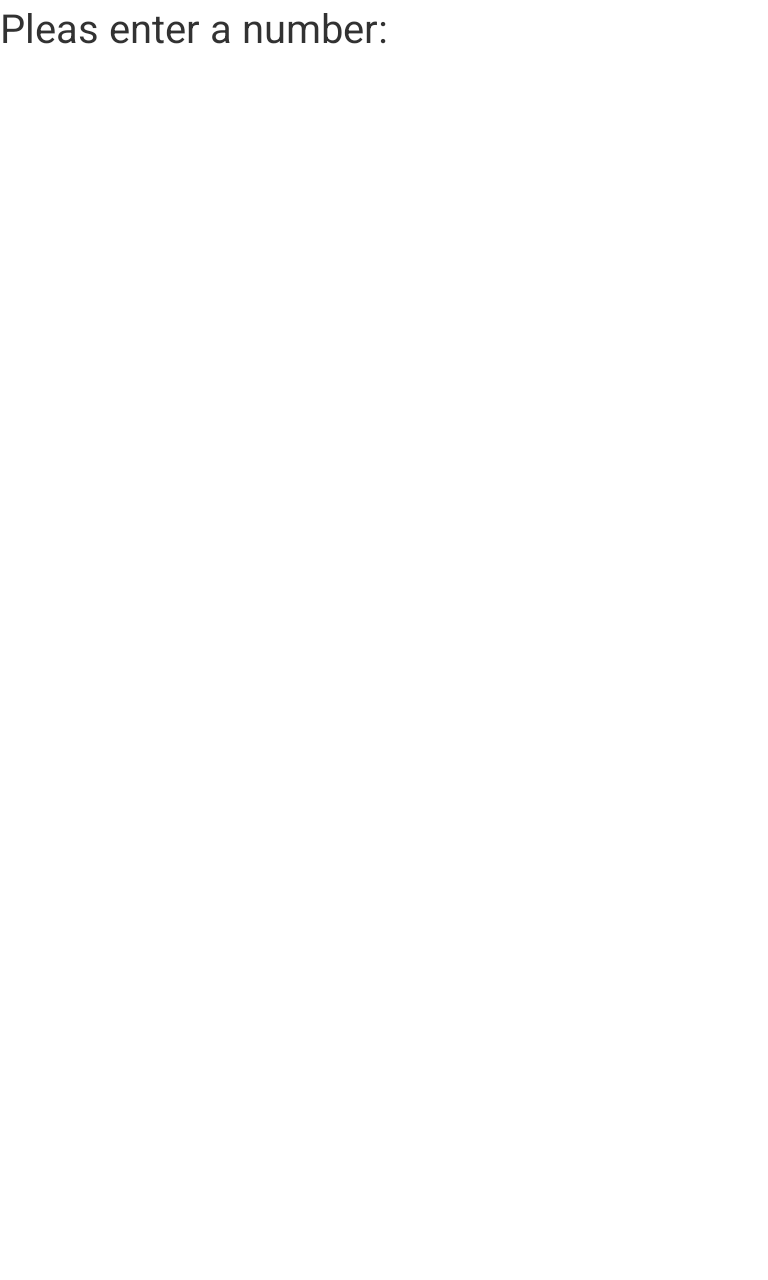
Repository: Liu-D-Henrry/Android
Layout: DemoHandler/res/layout/calculator.xml
The author's editor kept a copy of each file at every save. The layout is drawn from the files as they stood at one save, then again after the next save.
It is drawn on a 768 x 1280 px phone screen (xhdpi) without system bars, with theme AppTheme; the app's code is not run.

Above is the layout before, as saved 2013-08-28 04:03:39.

After the next save:
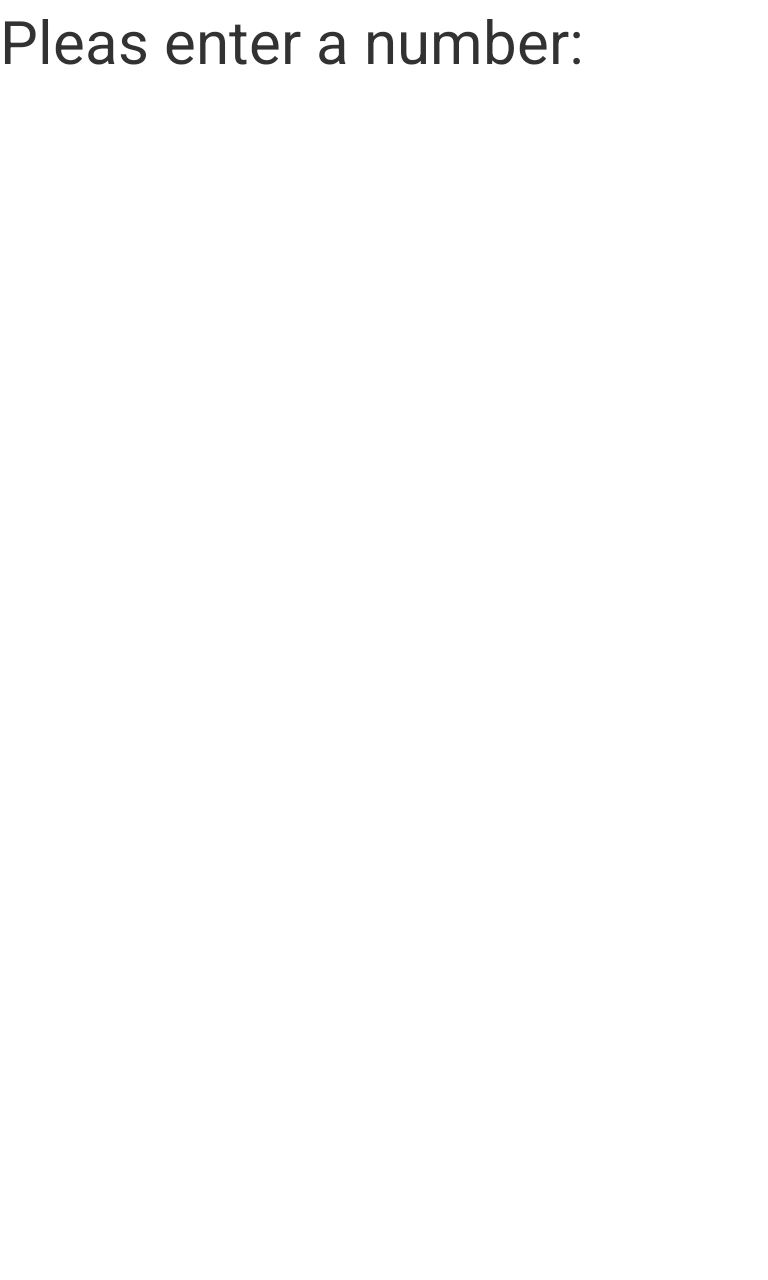
Saved 8 s later.
--- a/DemoHandler/res/layout/calculator.xml
+++ b/DemoHandler/res/layout/calculator.xml
@@ -7,7 +7,7 @@
     <TextView
         android:layout_width="match_parent"
         android:layout_height="match_parent"
-        android:textSize="20sp"
+        android:textSize="30sp"
         android:text="@string/introduce" />
 
 </LinearLayout>

After the save that followed:
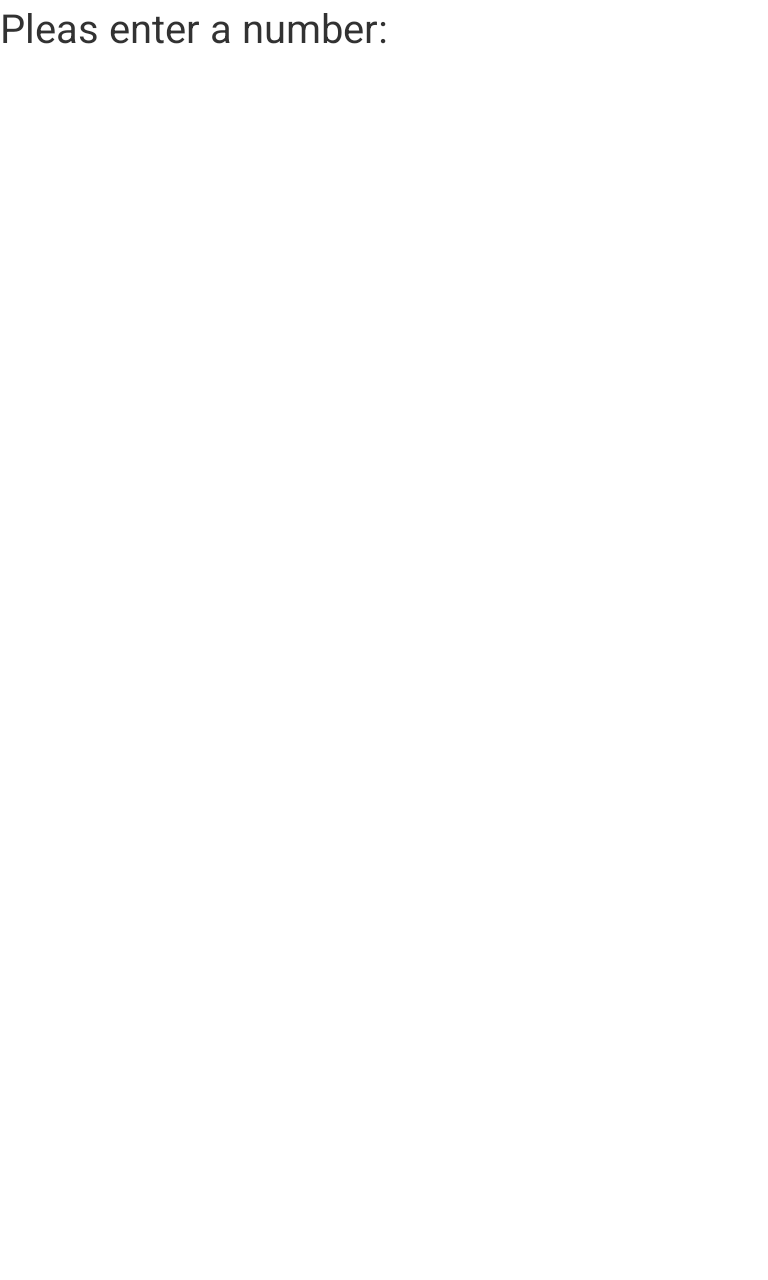
Saved 9 s later.
--- a/DemoHandler/res/layout/calculator.xml
+++ b/DemoHandler/res/layout/calculator.xml
@@ -7,7 +7,7 @@
     <TextView
         android:layout_width="match_parent"
         android:layout_height="match_parent"
-        android:textSize="30sp"
+        android:textSize="20sp"
         android:text="@string/introduce" />
 
 </LinearLayout>
